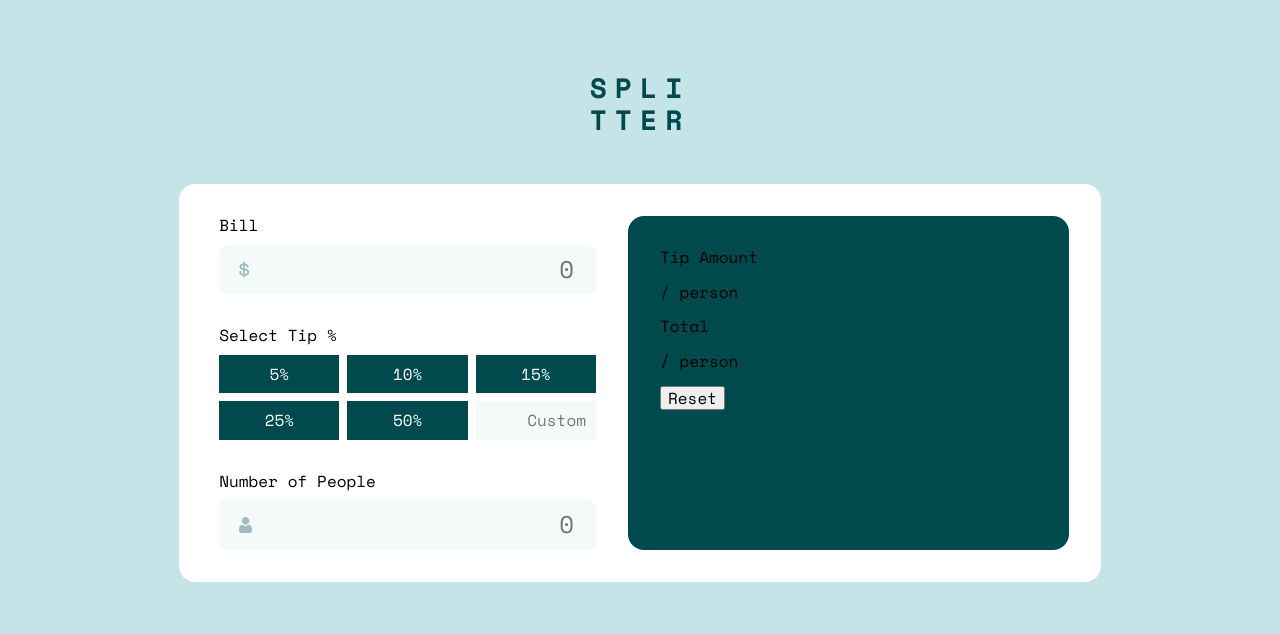
Repository: Jay-JYKim91/FM_tip-calculator
Page: index.html
An editor plug-in stored every save of this project. The page is shown before and after the next save, followed by the edit.
The browser window is 1280 px wide. The pictures show the whole page.

Above is the page before, as saved 2021-12-21 22:03:13.

### index.html
<!DOCTYPE html>
<html lang="en">
<head>
  <meta charset="UTF-8">
  <meta name="viewport" content="width=device-width, initial-scale=1.0"> <!-- displays site properly based on user's device -->

  <link rel="icon" type="image/png" sizes="32x32" href="./images/favicon-32x32.png">

  <title>Tip calculator</title>
  <link rel="preconnect" href="https://fonts.googleapis.com">
  <link rel="preconnect" href="https://fonts.gstatic.com" crossorigin>
  <link href="https://fonts.googleapis.com/css2?family=Space+Mono:wght@400;700&display=swap" rel="stylesheet">
  <link rel="stylesheet" href="https://cdnjs.cloudflare.com/ajax/libs/normalize/8.0.1/normalize.min.css" integrity="sha512-NhSC1YmyruXifcj/KFRWoC561YpHpc5Jtzgvbuzx5VozKpWvQ+4nXhPdFgmx8xqexRcpAglTj9sIBWINXa8x5w==" crossorigin="anonymous" referrerpolicy="no-referrer" />
  <link rel="stylesheet" href="style.css">
  <script src="main.js" defer></script>

</head>
<body>
  <main class="container">
    <h1 class="main_title">Spli<br>tter</h1>
    <section class="calculator_wrapper">
      <article class="input_wrapper">
        <div>
          <p class="title">Bill</p>
          <div class="input_form">
            <img src="./images/icon-dollar.svg" alt="dollar">
            <input type="tel" placeholder="0">
          </div>
        </div>
        <div>
          <p class="title">Select Tip %</p>
          <div class="tip_options">
            <button class="tip_option">5%</button>
            <button class="tip_option">10%</button>
            <button class="tip_option">15%</button>
            <button class="tip_option">25%</button>
            <button class="tip_option">50%</button>
            <input type="tel" id="custom_tip" placeholder="Custom" autocomplete="off">
          </div>
        </div>
        <div>
          <p class="title">Number of People</p>
          <div class="input_form">
            <img src="./images/icon-person.svg" alt="person">
            <input type="tel" placeholder="0">
          </div>
        </div>
      </article>
      <article class="result_wrapper">
        <div class="result_rows">
          <div class="result_row">
            <div class="result_title_wrapper">
              <p class="title">Tip Amount</p>
              <p class="subtitle">/ person</p>
            </div>
            <p id="tipAmountPrice"></p>
          </div>
          <div class="result_row">
            <div class="result_title_wrapper">
              <p class="title">Total</p>
              <p class="subtitle">/ person</p>
            </div>
            <p id="totalPrice"></p>
          </div>
        </div>
        <div>
          <button>Reset</button>
        </div>
      </article>
    </section>
  </main>
</body>
</html>

### style.css
:root {
  --body-font: "Space Mono", monospace;

  --strong-cyan: hsl(172, 67%, 45%);
  --very-dark-cyan: hsl(183, 100%, 15%);
  --dark-grayish-cyan: hsl(186, 14%, 43%);
  --dark-grayish-cyan: hsl(184, 14%, 56%);
  --light-grayish-cyan1: hsl(185, 41%, 84%);
  --light-grayish-cyan2: hsl(189, 41%, 97%);
  --white: hsl(0, 0%, 100%);
}
body {
  background-color: var(--light-grayish-cyan1);
  font-family: var(--body-font);
}
.container {
  margin: 10vh 14vw;
}
.main_title {
  margin: 3rem;
  text-align: center;
  text-transform: uppercase;
  letter-spacing: 8px;
  color: var(--very-dark-cyan);
  font-size: 1.75rem;
}
.calculator_wrapper {
  background-color: var(--white);
  display: flex;
  justify-content: space-between;
  padding: 2rem;
  border-radius: 1rem;
}
.input_wrapper {
  flex-basis: 50%;
  padding: 0 2em 0 0.5em;
}
.input_wrapper div {
  margin-bottom: 2rem;
}
.input_wrapper div:last-child {
  margin-bottom: 0;
}
.tip_options {
  display: grid;
  grid-template-columns: repeat(3, 1fr);
  grid-gap: 0.5em;
}
.tip_option {
  border: none;
  background-color: var(--very-dark-cyan);
  color: var(--white);
  font-family: var(--body-font);
  padding: 10px;
}
#custom_tip {
  width: 100%;
  border: none;
  background-color: var(--light-grayish-cyan2);
  padding: 10px;
  box-sizing: border-box;
  text-align: right;
}
#custom_tip:focus {
  outline: none;
}
.title {
  margin: 0 0 10px 0;
}
.input_form {
  display: flex;
  align-items: center;
  justify-content: space-between;
  background-color: var(--light-grayish-cyan2);
  padding: 10px 20px;
  border-radius: 0.5rem;
}
.input_form input {
  width: 90%;
  font-size: 24px;
  border: none;
  background-color: var(--light-grayish-cyan2);
  text-align: right;
  color: var(--very-dark-cyan);
}
.input_form input:focus {
  outline: none;
}
.result_wrapper {
  background-color: var(--very-dark-cyan);
  flex-basis: 50%;
  border-radius: 1rem;
  padding: 2em;
}

/* Tablet size */
@media (min-width: 768px) and (max-width: 1023px) {
}

/* Mobile size */
@media (max-width: 767px) {
}

Loaded but not shown: main.js (empty)

After the next save:
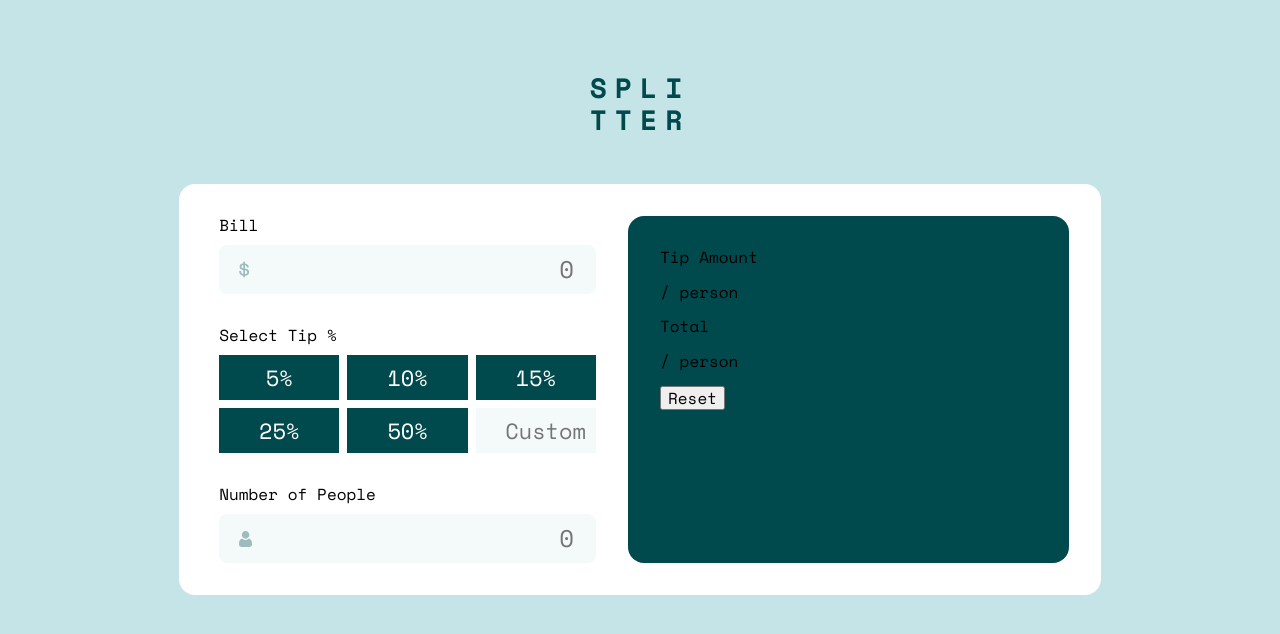
Saved 6 min 29 s later.
--- a/style.css
+++ b/style.css
@@ -52,6 +52,7 @@ body {
   color: var(--white);
   font-family: var(--body-font);
   padding: 10px;
+  font-size: 22px;
 }
 #custom_tip {
   width: 100%;
@@ -60,6 +61,7 @@ body {
   padding: 10px;
   box-sizing: border-box;
   text-align: right;
+  font-size: 22px;
 }
 #custom_tip:focus {
   outline: none;
